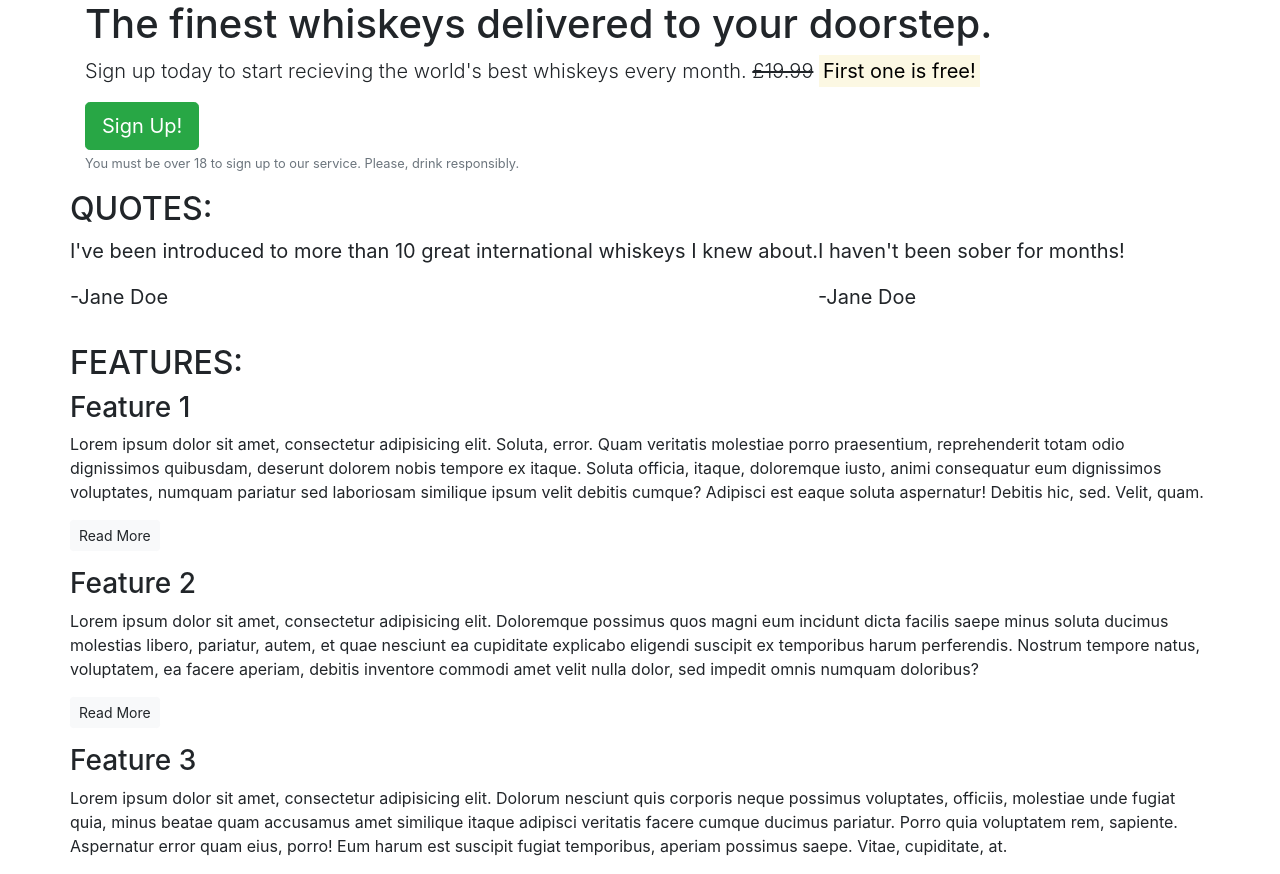
Repository: Leannald13/whiskey-project
Page: index.html
The author's editor kept a record of every edit. The page is drawn from the files as they stood at one moment, then again after the next edit.
The browser window is 1280 px wide. The pictures show the whole page.

Above is the page before.
Console error: TypeError: Cannot read properties of undefined (reading 'fn')

After the next edit:
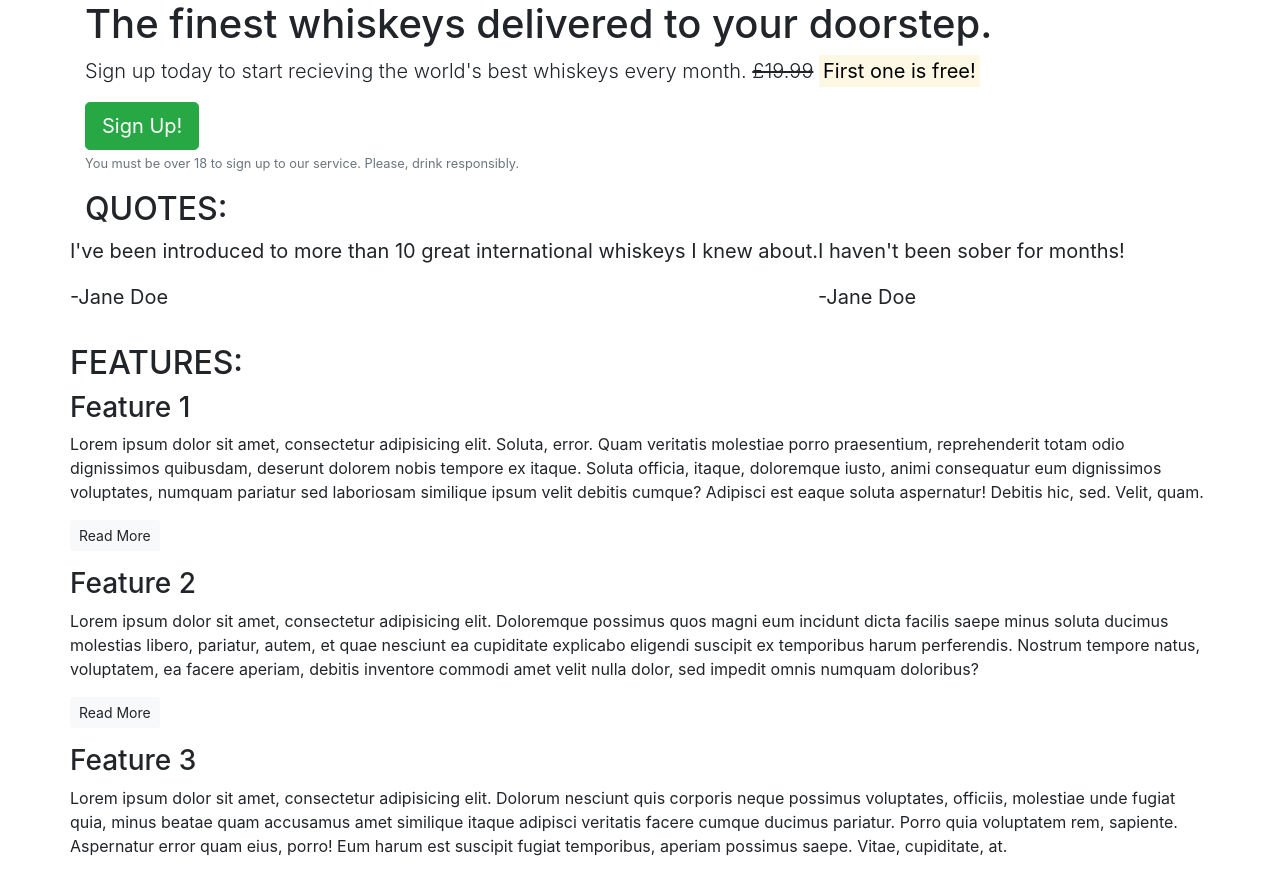
The edit:
--- a/index.html
+++ b/index.html
@@ -25,7 +25,9 @@
         </div>
         <section class="quotes">
             <div class="row">
+            <div class="col-12">
             <h2 class="text-uppercase">Quotes:</h2>
+            </div>
             </div>
             <div class="row">
             <blockquote class="blockquote">
